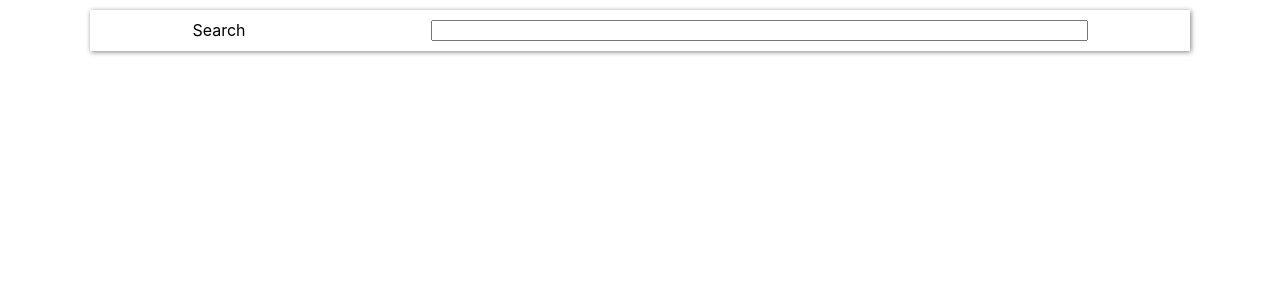
Repository: the-manohar/gallery
Page: /
An editor plug-in stored every save of this project. The page is shown before and after the next save, followed by the edit.
The browser window is 1280 px wide. The pictures show the whole page.
The project was rebuilt for these pictures with package versions that can differ from the ones it lists, and the page was loaded fresh each time.

Above is the page before, as saved 2020-06-18 22:28:09.

After the next save:
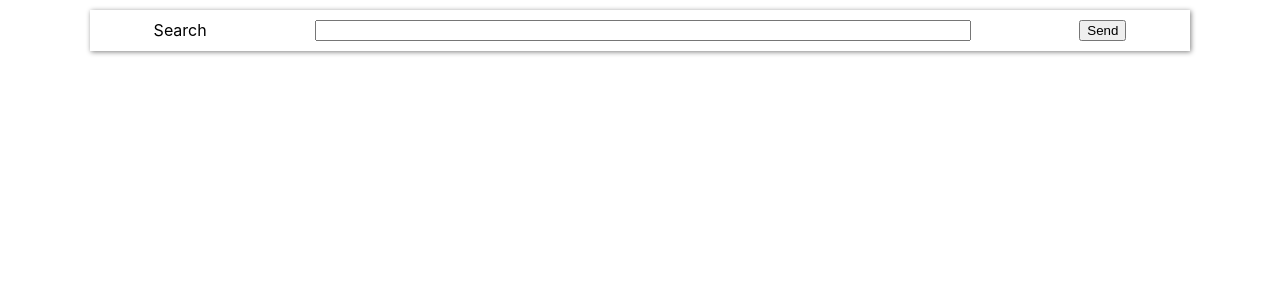
Saved 98 s later.
--- a/src/App.js
+++ b/src/App.js
@@ -13,6 +13,7 @@ function App() {
           value={value}
           onChange={(event) => setValue(event.target.value)}
         />
+        <button>Send</button>
       </div>
     </div>
   );
